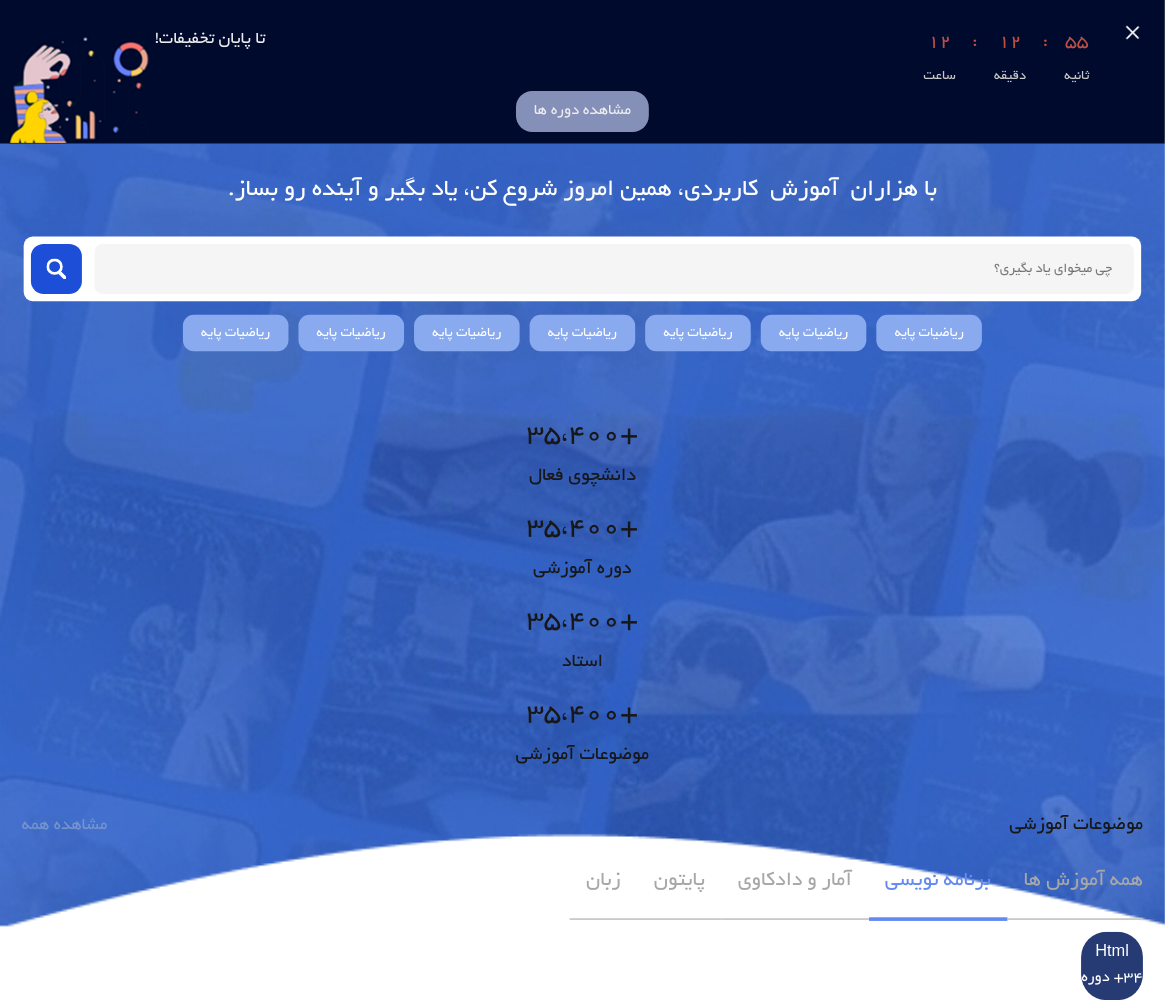
Repository: sinafath/fradars
Page: /
The author's editor kept a copy of each file at every save. The page is drawn from the files as they stood at one save, then again after the next save.
The browser window is 1280 px wide. The pictures show the whole page, at 91% of full size.
The project was rebuilt for these pictures with package versions that can differ from the ones it lists, and the page was loaded fresh each time. The framework's server and built-in components were replaced by stand-ins that run in the browser. Also part of the build but not shown: next.config.ts.

Above is the page before, as saved 2025-09-22 17:57:17.

After the next save:
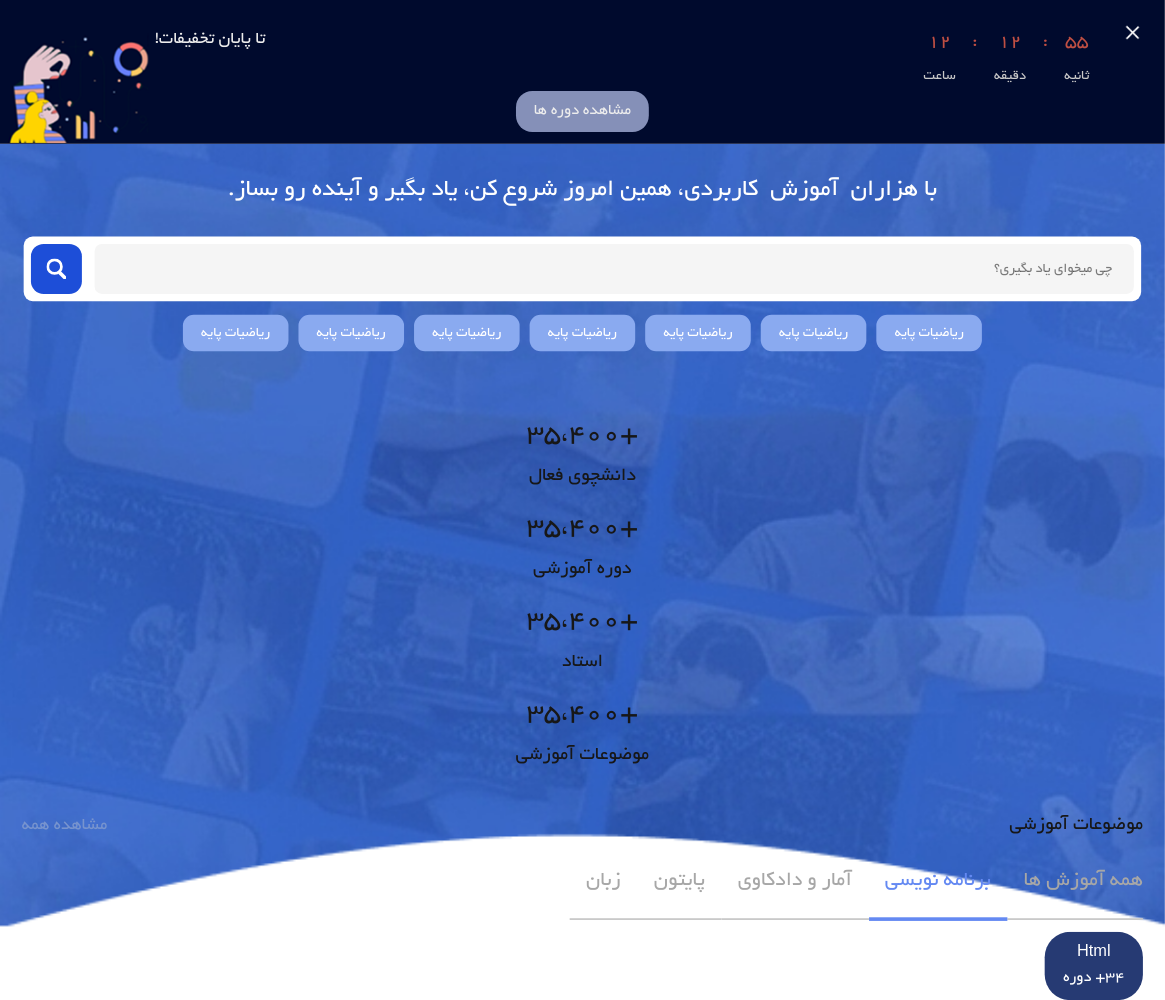
Saved 5 s later.
--- a/src/app/page.tsx
+++ b/src/app/page.tsx
@@ -95,7 +95,7 @@
         <div className="pe-[18px] flex-shrink-0 ps-[18px] text-[#A7A7A7] text-[24px] pb-[22px] border-b-[2px] border-b-solid border-b-[#C9C9C9]">زبان</div>
       </Row>
       <Row className="mt-[12px] gap-[12px] overflow-y-auto ms-[24px]">
-        <Column className="rounded-[28px]   py-[10px] flex-shrink-0 gap-[1px] bg-[#263A73] text-center text-white text-[18px]">
+        <Column className="rounded-[28px] w-[108px]  py-[10px] flex-shrink-0 gap-[1px] bg-[#263A73] text-center text-white text-[18px]">
           <div className="">Html</div>
           <div>34+ دوره</div>
         </Column>
